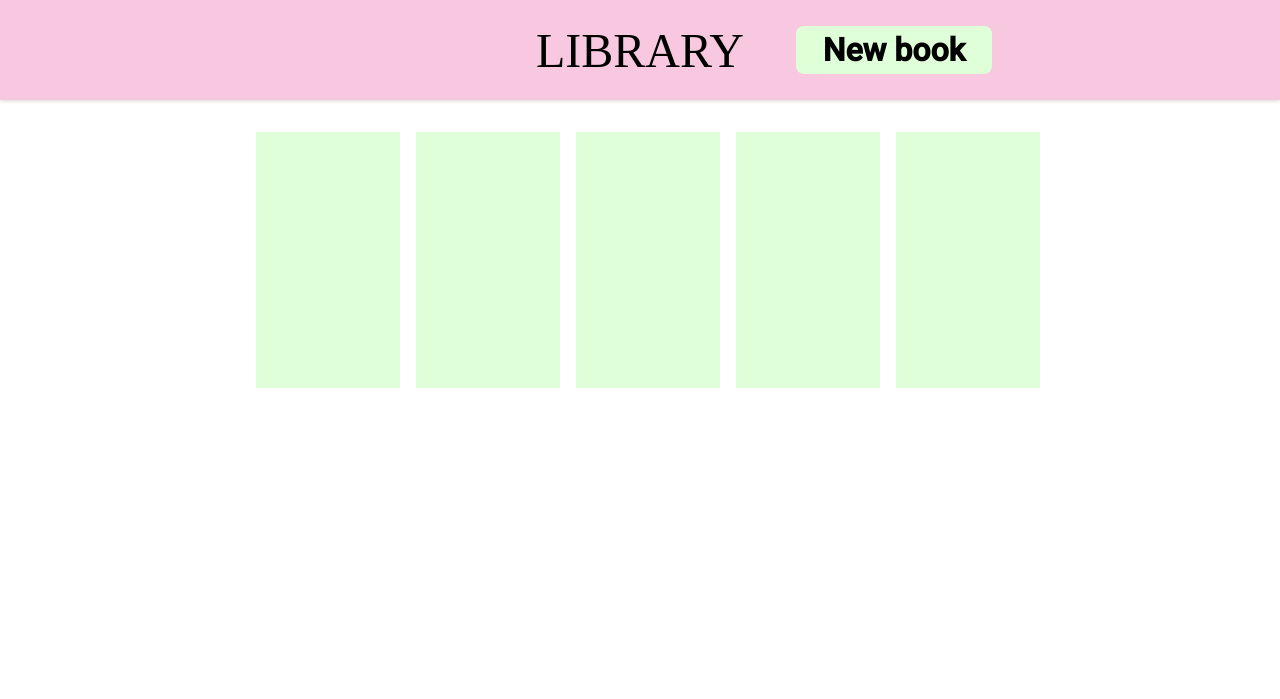
Repository: yeetzpxoci/library
Page: index.html
These files come from the project's save history. The page is drawn as it stood at one moment and after the next save; the edit follows.
The browser window is 1280 px wide. The pictures show the whole page.
Some web fonts or font styles are not loaded; a fallback is used.

Above is the page before, as saved 2023-02-21 15:03:33.

### index.html
<!DOCTYPE html>
<html lang="en">
<head>
    <meta charset="UTF-8">
    <meta http-equiv="X-UA-Compatible" content="IE=edge">
    <meta name="viewport" content="width=device-width, initial-scale=1.0">
    <title>Library</title>
    <link rel="stylesheet" href="styles.css">
    <link rel="preconnect" href="https://fonts.googleapis.com">
    <link rel="preconnect" href="https://fonts.gstatic.com" crossorigin>
    <link href="https://fonts.googleapis.com/css2?family=Roboto:wght@500&display=swap" rel="stylesheet">
    <link href="https://fonts.googleapis.com/css2?family=Gloock&display=swap" rel="stylesheet">
</head>
<body>
    <div class="header">
        <p></p>
        <p>LIBRARY</p>
        <button onclick="addBookToLibrary()" id="addBook">New book</button>
    </div>

    <form>
        <fieldset>
            <label for="title">Title</label>
            <input type="text" name="title" id="title">
            <label for="author">Author</label>
            <input type="text" name="author" id="author">
            <label for="pages">Pages</label>
            <input type="number" name="pages" id="pages">
            <label for="read">Have you read the book?</label>
            <input type="checkbox" name="read" id="read">
        </fieldset>
    </form>

    <div id="cards">

    </div>
<script src="script.js"></script>
</body>
</html>

### styles.css
html, body {
    margin: 0;
    padding: 0;
}

body {
    min-height: 100vh;
    background-color: white;
}

.header {
    display: flex;
    align-items: center;
    justify-content: center;
    width: 100%;
    height: 100px;
    background-color: #F7C8E0;
    box-shadow: rgba(0, 0, 0, 0.16) 0px 1px 4px;
}

.header p {
    font-family: 'Gloock', serif;
    font-size: 48px;
}

#addBook {
    position: absolute;
    right: 288px;
    font-size: 32px;
    font-family: 'Roboto', sans-serif;
    font-weight: bold;
    background-color: #DFFFD8;
    height: 48px;
    width:196px;
    border-radius: 8px;
    border-width: 0px;
}

#cards {
    display: grid;
    grid-template-columns: 1fr 1fr 1fr 1fr 1fr;
    gap: 16px;
    margin-top: 32px;
    margin-right: 256px;
    margin-left: 256px;
}

.card {
    height: 256px;
    width: 144px;
    background-color: #DFFFD8;
    align-self: center;
    justify-self: center;
}

form {
    display: none;
}

### script.js
const title = document.getElementById("title").value
const author = document.getElementById("author").value
const pages = document.getElementById("pages").value
const read = document.getElementById("read").checked
const cards = document.getElementById("cards")

let myLibrary = [];

function Book(title, author, pages, read) {
    this.title = title;
    this.author = author;
    this.pages = pages;
    this.read = read;
    this.info = function () {
        return title + " by " + author + ", " + String(pages) + " pages, not read yet"
    }
}

function addBookToLibrary() {
    let book = new Book(title, author, pages, read);
    myLibrary.push(book);
    console.log(myLibrary.length)
}

function displayBooks() {
    for (let i = 0; i < myLibrary.length; i++) {
        const newDiv = document.createElement("div");
        newDiv.setAttribute("class", "card");
        cards.appendChild(newDiv);
    }
}

let book1 = new Book("htomi" , "hs", 23, true);
let book2 = new Book("yeet", "asd", 65, false);
let book3 = new Book("smth", "bsdf", 1, true);
let book4 = new Book("smth", "bsdf", 1, true);
let book5 = new Book("smth", "bsdf", 1, true);
myLibrary.push(book1, book2, book3, book4, book5);
displayBooks();

After the next save:
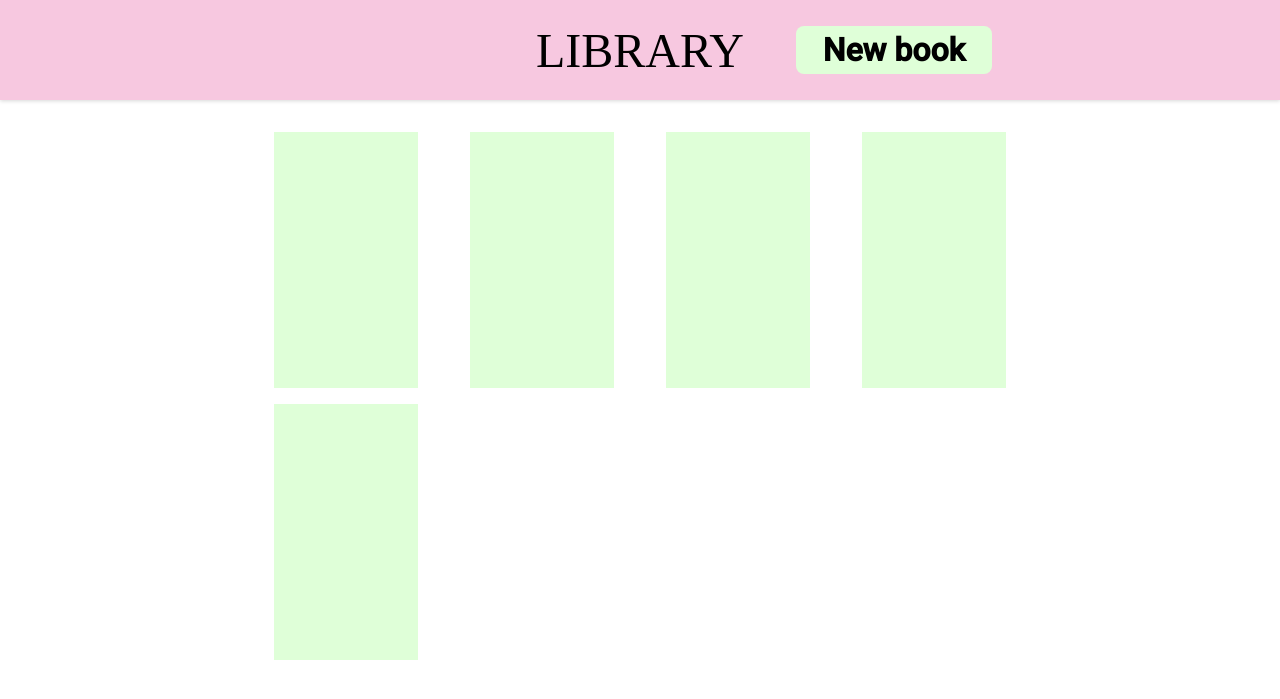
Saved 7 s later.
--- a/styles.css
+++ b/styles.css
@@ -38,7 +38,7 @@ body {
 
 #cards {
     display: grid;
-    grid-template-columns: 1fr 1fr 1fr 1fr 1fr;
+    grid-template-columns: 1fr 1fr 1fr 1fr;
     gap: 16px;
     margin-top: 32px;
     margin-right: 256px;
